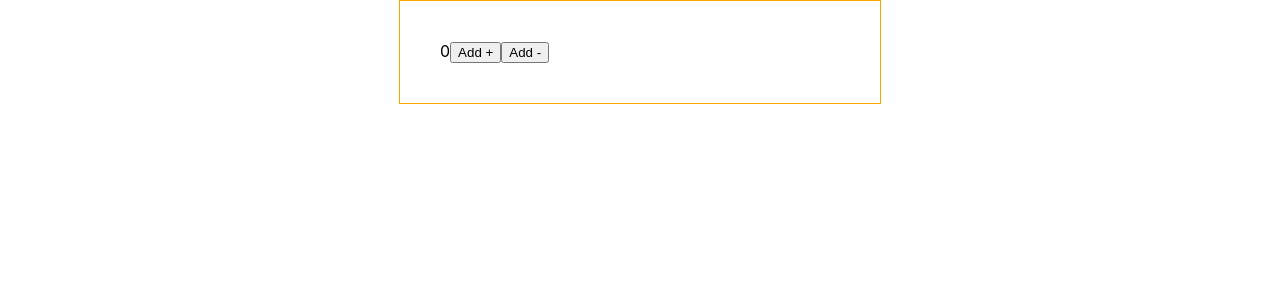
Repository: dnjfht/css-example
Page: /
The author's editor kept a copy of each file at every save. The page is drawn from the files as they stood at one save, then again after a run of saves.
The browser window is 1280 px wide. The pictures show the whole page.
The project was rebuilt for these pictures with package versions that can differ from the ones it lists, and the page was loaded fresh each time.

Above is the page before, as saved 2023-05-09 18:43:16.

### src/App.js
import React, { useState } from "react";
import Counter from "./components/Counter";

export default function App() {
  const [count, setCount] = useState(0);
  return (
    <div>
      <Counter count={count} setCount={setCount} />
    </div>
  );
}

### src/components/Counter.jsx
import React from "react";

export default function Counter({ count, setCount }) {
  const handleClickCountUp = () => {
    setCount(count + 1);
  };

  const handleClickCountDown = () => {
    if (count > 0) setCount(count - 1);
  };

  return (
    <div
      style={{
        width: 400,
        padding: 40,
        margin: "0 auto",
        border: "1px solid orange",
      }}
    >
      <span>{count}</span>
      <button onClick={handleClickCountUp}>Add +</button>
      <button onClick={handleClickCountDown}>Add -</button>
    </div>
  );
}

Loaded but not shown: public/index.html (common file); src/index.js (common file); src/index.css (common file); src/reportWebVitals.js (common file)

After the next 2 saves:
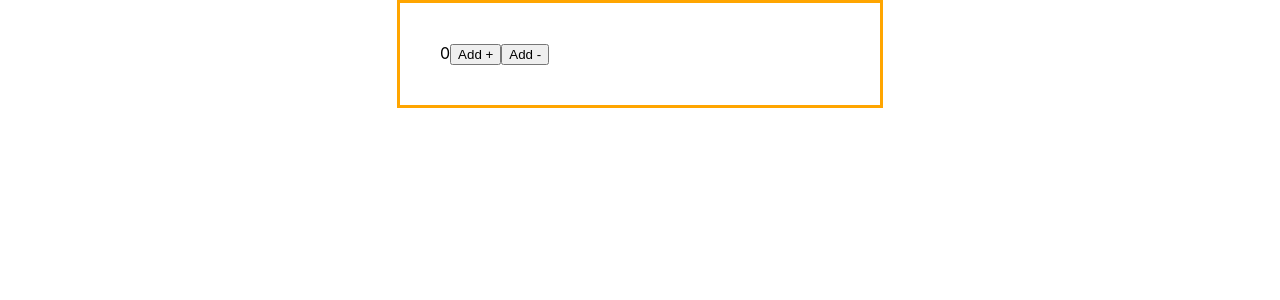
The 2 saves are shown as one change because they came seconds apart.
The last was saved 8 s later.
--- a/src/components/Counter.jsx
+++ b/src/components/Counter.jsx
@@ -15,7 +15,7 @@ export default function Counter({ count, setCount }) {
         width: 400,
         padding: 40,
         margin: "0 auto",
-        border: "1px solid orange",
+        border: "3px solid orange",
       }}
     >
       <span>{count}</span>
